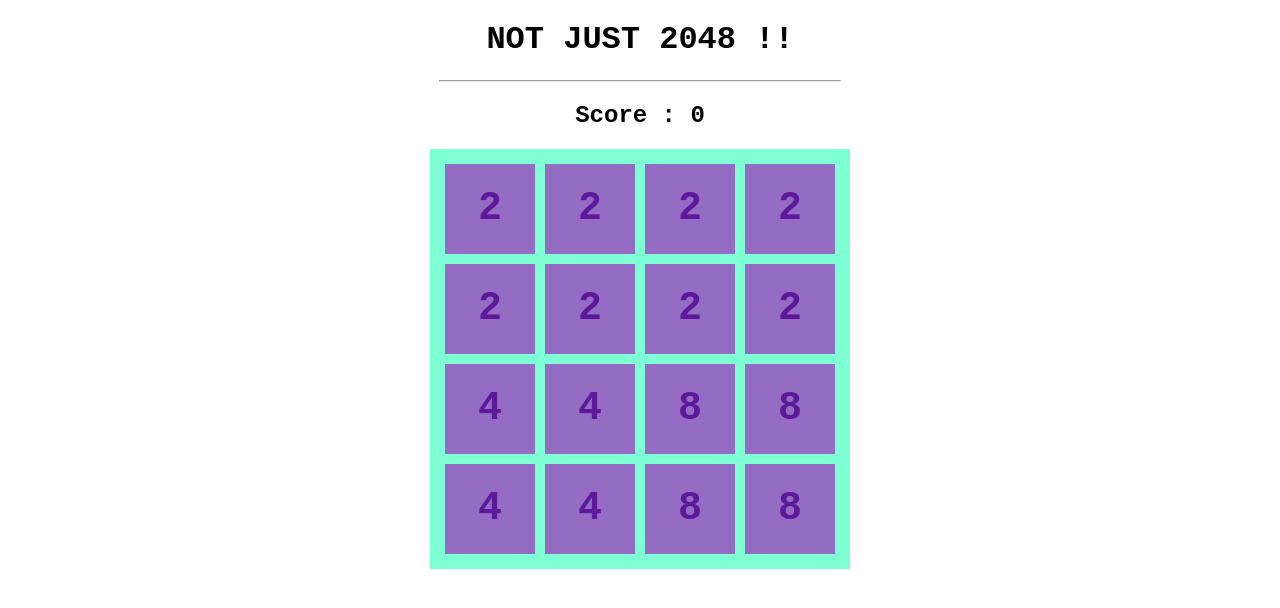
Repository: Prathamyadav1123/2048Game
Page: NotJust2048-main/2048.html
An editor plug-in stored every save of this project. The page is shown before and after the next save, followed by the edit.
The browser window is 1280 px wide. The pictures show the whole page.

Above is the page before, as saved 2023-06-01 19:39:58.

After the next save:
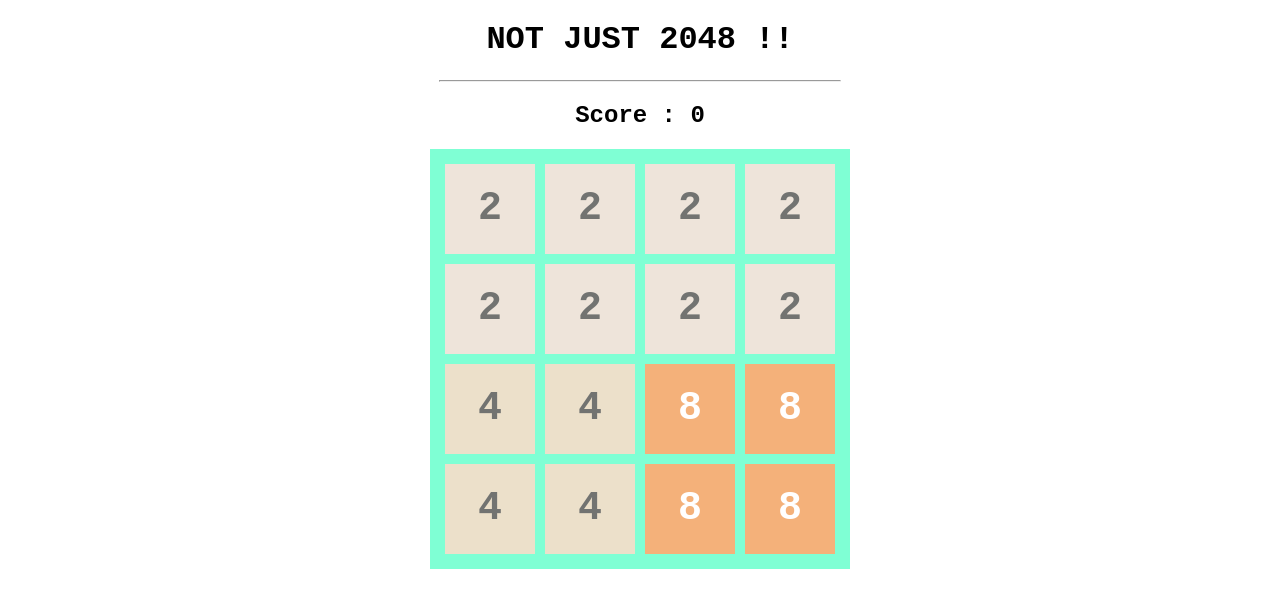
Saved 63 s later.
--- a/NotJust2048-main/2048.css
+++ b/NotJust2048-main/2048.css
@@ -25,47 +25,62 @@ hr{
     justify-content: center;
     align-items: center;
 }
-.x2{
-    background-color: rgb(148, 108, 196);
-    color:rgb(92, 26, 154);;
+.x2 {
+    background-color: #eee4da;
+    color: #727371;
 }
-.x4{
-    background-color: rgb(148, 108, 196);
-    color:rgb(92, 26, 154);;
+
+.x4 {
+    background-color: #ece0ca;
+    color: #727371;
 }
-.x8{
-    background-color: rgb(148, 108, 196);
-    color:rgb(92, 26, 154);;
+
+.x8 {
+    background-color: #f4b17a;
+    color: white;
 }
+
 .x16{
-    background-color: rgb(148, 108, 196);
-    color:rgb(92, 26, 154);;
+    background-color: #f59575;
+    color: white;
 }
+
 .x32{
-    background-color: rgb(148, 108, 196);
-    color:rgb(92, 26, 154);;
+    background-color: #f57c5f;
+    color: white;
 }
+
 .x64{
-    background-color: rgb(148, 108, 196);
-    color:rgb(92, 26, 154);;
+    background-color: #f65d3b;
+    color: white;
 }
+
 .x128{
-    background-color: rgb(148, 108, 196);
-    color:rgb(92, 26, 154);;
+    background-color: #edce71;
+    color: white;
 }
+
 .x256{
-    background-color: rgb(148, 108, 196);
-    color:rgb(92, 26, 154);;
+    background-color: #edcc63;
+    color: white;
 }
+
 .x512{
-    background-color: rgb(148, 108, 196);
-    color:rgb(92, 26, 154);;
+    background-color: #edc651;
+    color: white;
 }
+
 .x1024{
-    background-color: rgb(148, 108, 196);
-    color:rgb(92, 26, 154);;
+    background-color: #eec744;
+    color: white;
 }
+
 .x2048{
-    background-color: rgb(148, 108, 196);
-    color:rgb(92, 26, 154);;
+    background-color: #ecc230;
+    color: white;
 }
+
+.x4096 {
+    background-color: #fe3d3d;
+    color: white;
+}
